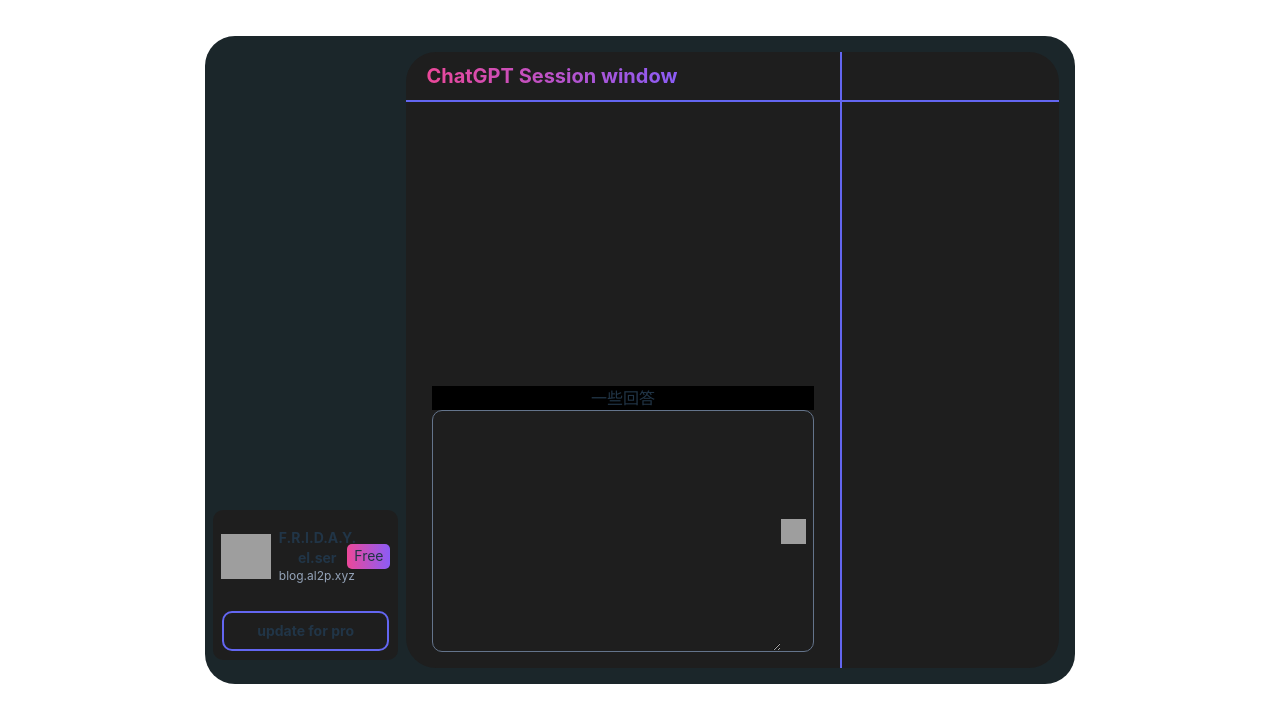
Repository: yezhonghu0503/chatgpt-vue-lac
Page: /
The author's editor kept a copy of each file at every save. The page is drawn from the files as they stood at one save, then again after the next save.
The browser window is 1280 px wide. The pictures show the whole page.
Pictures or frames that could not be fetched are drawn as grey boxes. The project was rebuilt for these pictures with package versions that can differ from the ones it lists, and the page was loaded fresh each time. Also part of the build but not shown: vite.config.ts.

Above is the page before, as saved 2023-05-18 19:02:56.

### src/style.css
@tailwind base;
@tailwind components;
@tailwind utilities;

:root {
  font-family: Inter, system-ui, Avenir, Helvetica, Arial, sans-serif;
  line-height: 1.5;
  font-weight: 400;

  color-scheme: light dark;
  color: rgba(255, 255, 255, 0.87);
  /* background-color: #242424; */
  background-color: #8e989a;

  font-synthesis: none;
  text-rendering: optimizeLegibility;
  -webkit-font-smoothing: antialiased;
  -moz-osx-font-smoothing: grayscale;
  -webkit-text-size-adjust: 100%;
}

a {
  font-weight: 500;
  color: #646cff;
  text-decoration: inherit;
}

a:hover {
  color: #535bf2;
}

body {
  margin: 0;
  display: flex;
  place-items: center;
  min-width: 320px;
  min-height: 100vh;
}

h1 {
  font-size: 3.2em;
  line-height: 1.1;
}

button {
  border-radius: 8px;
  border: 1px solid transparent;
  padding: 0.6em 1.2em;
  font-size: 1em;
  font-weight: 500;
  font-family: inherit;
  background-color: #1a1a1a;
  cursor: pointer;
  transition: border-color 0.25s;
}

button:hover {
  border-color: #646cff;
}

button:focus,
button:focus-visible {
  outline: 4px auto -webkit-focus-ring-color;
}

textarea {
  border: none;
  background-color: transparent;
}

textarea[type="checkbox"]:checked,

textarea:focus {
  outline: none;
  background-color: transparent;
}

.card {
  padding: 2em;
}

#app {
  margin: 0 auto;
  padding: 2rem;
  text-align: center;
}

@media (prefers-color-scheme: light) {
  :root {
    color: #213547;
    background-color: #ffffff;
  }

  a:hover {
    color: #747bff;
  }

  button {
    background-color: #f9f9f9;
  }
}

### src/App.vue
<script setup lang="ts">
import chat from './pages/chat.vue';
</script>

<template>
  <chat />
</template>

<style scoped></style>

### src/pages/chat.vue
<template>
    <div class="w-[68vw] h-[90vh] bg-rg-chat-border rounded-[30px] flex justify-end p-4 pl-0">
        <chatMenu />
        <chatMain />

    </div>
</template>
<script lang="ts" setup>
import chatMain from '../components/chat-main/chatMain.vue';
import chatMenu from '../components/chat-menu/chatMenu.vue'
</script>
<style lang="less" scoped></style>

### src/components/chat-main/chatMain.vue
<template>
  <div class="w-[51vw] h-[100%] bg-rg-chat rounded-[30px] flex">
    <div class="flex flex-col w-[34vw] h-[100%] border-r-2 border-indigo-500">
      <div
        class="w-[100%] h-[50px] border-b-2 border-indigo-500 flex justify-start items-center p-5"
      >
        <span
          class="text-xl font-bold text-transparent bg-clip-text bg-gradient-to-r from-pink-500 to-violet-500"
          >ChatGPT Session window</span
        >
      </div>
      <div class="flex flex-col justify-end items-center w-[100%] h-[100%] p-4">
        <div class="w-[95%] bg-black">
          {{ msg }}
          <img src="" alt="" />
        </div>
        <div
          class="flex w-[95%] items-center justify-center rounded-[10px] h-auto border-[1px] border-slate-500"
        >
          <!-- <input class="w-[90%]" type="text" /> -->
          <textarea
            class="w-[90%]"
            name=""
            id=""
            cols="30"
            rows="10"
          ></textarea>
          <img
            class="w-[25px] h-[25px]"
            src="https://blog.al2p.xyz/upload/send.png"
            alt=""
          />
        </div>
      </div>
    </div>
    <div class="w-[17vw] h-[50px] border-b-2 border-indigo-500"></div>
  </div>
</template>

<script lang="ts" setup>
const msg: string = "一些回答";
</script>

### src/components/chat-menu/chatMenu.vue
<template>
  <div class="w-[17vw] h-[100%] flex justify-center items-end p-2">
    <div
      class="w-[100%] h-[150px] bg-rg-chat flex flex-col justify-around items-center rounded-[10px]"
    >
      <div class="w-[100%] h-[75px] flex justify-between items-center p-2">
        <div class="flex items-center">
          <img
            class="w-[50px] h-[45px]"
            src="https://blog.al2p.xyz/upload/laclogo.png"
          />
          <div class="flex flex-col items-start ml-2">
            <div class="text-sm font-bold">F.R.I.D.A.Y. el.ser</div>
            <div class="text-xs text-slate-400">blog.al2p.xyz</div>
          </div>
        </div>
        <div
          class="flex justify-center rounded-[5px] text-sm items-center w-[60px] h-[25px] bg-gradient-to-r from-pink-500 to-violet-500"
        >
          Free
        </div>
      </div>
      <div
        class="text-sm flex items-center justify-center w-[13vw] h-[40px] rounded-[10px] border-2 border-indigo-500 font-bold"
      >
        update for pro
      </div>
    </div>
  </div>
</template>

<script lang="ts" setup></script>

<style lang="less" scoped></style>

### tailwind.config.js
/** @type {import('tailwindcss').Config} */
export default {
  content: [
    "./index.html",
    "./src/**/*.{vue,js,ts,jsx,tsx}",
  ],
  theme: {
    extend: {
      colors: {
        'rg-chat': 'rgb(30,30,30)',
        'rg-chat-border': 'rgb(27,38,42)'
      }
    }
  },
  plugins: [],
}

Loaded but not shown: index.html (common file); src/main.ts (common file)

After the next save:
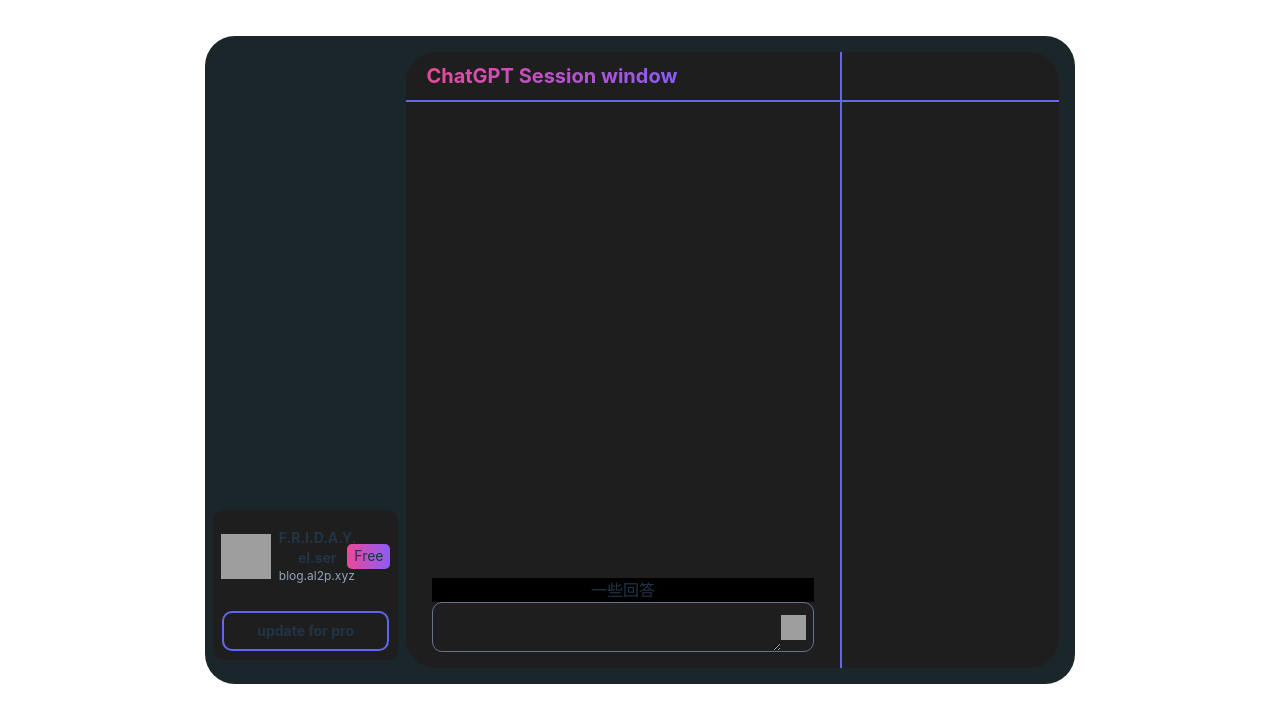
Saved 11 s later.
--- a/src/components/chat-main/chatMain.vue
+++ b/src/components/chat-main/chatMain.vue
@@ -18,13 +18,7 @@
           class="flex w-[95%] items-center justify-center rounded-[10px] h-auto border-[1px] border-slate-500"
         >
           <!-- <input class="w-[90%]" type="text" /> -->
-          <textarea
-            class="w-[90%]"
-            name=""
-            id=""
-            cols="30"
-            rows="10"
-          ></textarea>
+          <textarea class="w-[90%]" name="" id=""></textarea>
           <img
             class="w-[25px] h-[25px]"
             src="https://blog.al2p.xyz/upload/send.png"
